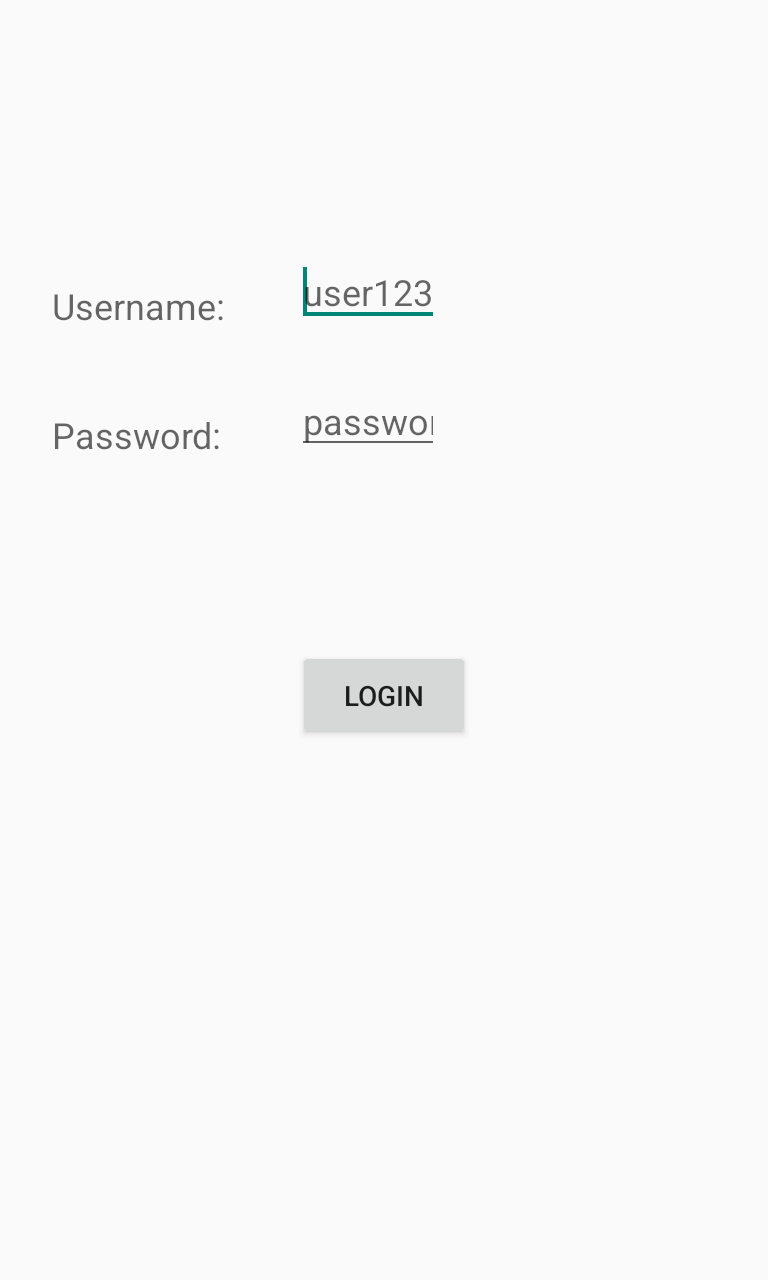
Repository: BurtWurst/MyFields_Mobile
Layout: Android/Login/res/layout/activity_main.xml
An editor plug-in stored every save of this project. The layout is shown before and after the next save, followed by the edit.
It is drawn on a 768 x 1280 px phone screen (xhdpi) without system bars, with theme AppTheme; the app's code is not run.

Above is the layout before, as saved 2014-12-06 04:29:16.

### Android/Login/res/layout/activity_main.xml
<RelativeLayout xmlns:android="http://schemas.android.com/apk/res/android"
    xmlns:tools="http://schemas.android.com/tools"
    android:layout_width="match_parent"
    android:layout_height="match_parent"
    android:paddingBottom="@dimen/activity_vertical_margin"
    android:paddingLeft="@dimen/activity_horizontal_margin"
    android:paddingRight="@dimen/activity_horizontal_margin"
    android:paddingTop="@dimen/activity_vertical_margin"
    tools:context="com.javacodegeeks.android.loginapp.MainActivity" >

     <TextView
	      android:id="@+id/textView1"
	      android:layout_width="wrap_content"
	      android:layout_height="wrap_content"
	      android:layout_alignParentTop="true"
	      android:layout_centerHorizontal="true"
	      android:layout_marginTop="20dp"
	      android:text=""
	      android:textAppearance="?android:attr/textAppearanceLarge" />

      <TextView
	      android:id="@+id/textView2"
	      android:layout_width="wrap_content"
	      android:layout_height="wrap_content"
	      android:layout_alignParentLeft="true"
	      android:layout_below="@+id/textView1"
	      android:layout_marginTop="75dp"
	      android:layout_marginLeft="10dp"
	      android:text="Username:"
	      android:textAppearance="?android:attr/textAppearanceMedium" />

      <EditText
	      android:id="@+id/usernameET"
	      android:layout_width="wrap_content"
	      android:layout_height="wrap_content"
	      android:layout_alignBottom="@+id/textView2"
	      android:layout_marginLeft="35dp"
	      android:layout_toRightOf="@+id/textView2"
	      android:hint="user123" >
      	  <requestFocus />
   	  </EditText>

      <TextView
	      android:id="@+id/textView3"
	      android:layout_width="wrap_content"
	      android:layout_height="wrap_content"
	      android:layout_alignLeft="@+id/textView2"
	      android:layout_below="@+id/textView2"
	      android:layout_marginTop="40dp"
	      android:text="Password:"
	      android:textAppearance="?android:attr/textAppearanceMedium" />

      <EditText
          android:id="@+id/passwordET"
          android:layout_width="wrap_content"
          android:layout_height="wrap_content"
          android:layout_alignBottom="@+id/textView3"
          android:layout_alignLeft="@+id/usernameET"
          android:layout_alignRight="@+id/usernameET"
          android:hint="password123"
          android:inputType="textPassword" />

       <TextView
	      android:id="@+id/attemptsLeftTV"
	      android:layout_width="wrap_content"
	      android:layout_height="wrap_content"
	      android:layout_alignLeft="@+id/textView3"
	      android:layout_below="@+id/textView3"
	      android:layout_marginLeft="30dp"
	      android:layout_marginTop="48dp"
	      android:text="Attempts Left:"
	      android:visibility="invisible"
	      android:textAppearance="?android:attr/textAppearanceMedium" />

       <Button
	      android:id="@+id/loginBtn"
	      android:layout_width="wrap_content"
	      android:layout_height="wrap_content"
	      android:layout_below="@+id/passwordET"
	      android:layout_centerHorizontal="true"
	      android:layout_marginTop="94dp"
	      android:onClick="authenticateLogin"
	      android:text="Login" />

       <TextView
	      android:id="@+id/numberOfRemainingLoginAttemptsTV"
	      android:layout_width="wrap_content"
	      android:layout_height="wrap_content"
	      android:layout_alignRight="@+id/textView1"
	      android:layout_alignTop="@+id/attemptsLeftTV"
	      android:visibility="invisible" />

       <TextView
	      android:id="@+id/loginLockedTV"
	      android:layout_width="wrap_content"
	      android:layout_height="wrap_content"
	      android:layout_below="@+id/loginBtn"
	      android:layout_marginTop="35dp"
	      android:layout_centerHorizontal="true"
	      android:textAppearance="?android:attr/textAppearanceMedium"
	      android:visibility="invisible" />

</RelativeLayout>

Loaded but not shown: Android/Login/res/values/styles.xml (common file); Android/Login/res/values-v11/styles.xml (common file); Android/Login/res/values-v14/styles.xml (common file); Android/Login/res/values/dimens.xml (common file); Android/Login/res/values-w820dp/dimens.xml (common file)

After the next save:
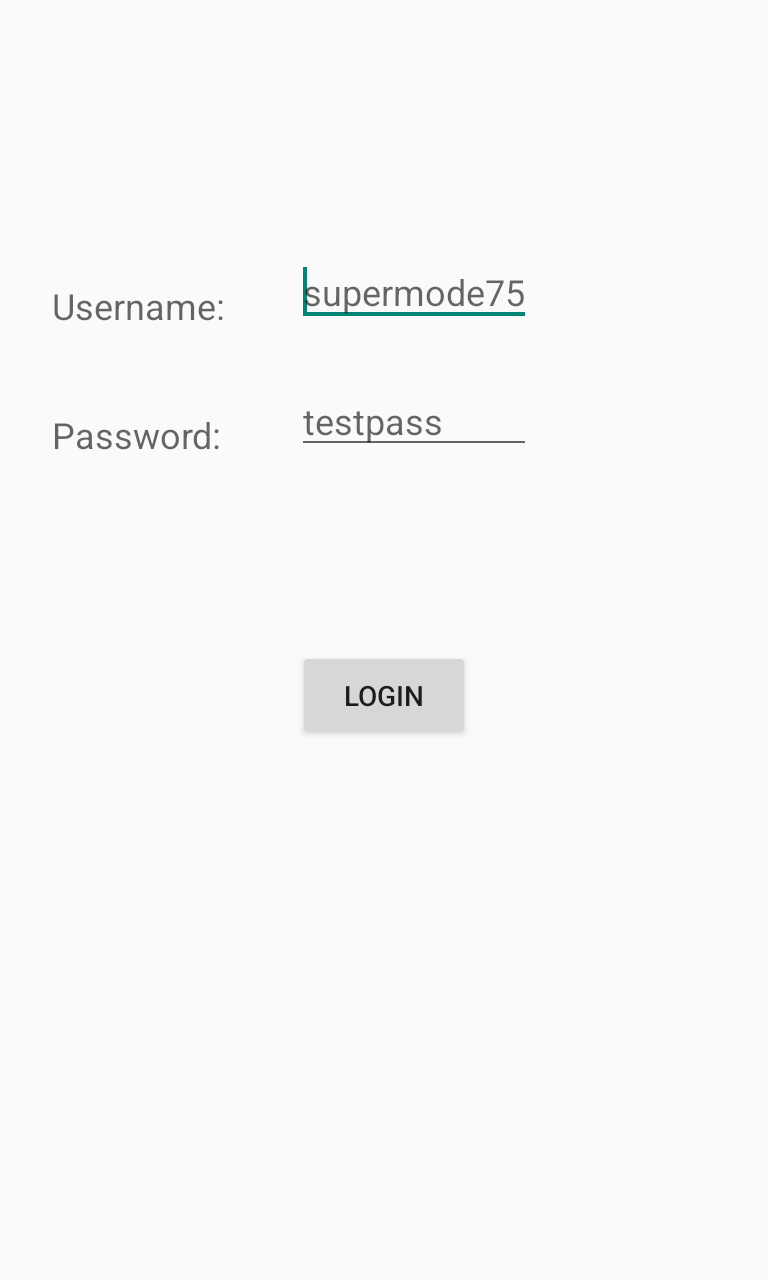
Saved 41 s later.
--- a/Android/Login/res/layout/activity_main.xml
+++ b/Android/Login/res/layout/activity_main.xml
@@ -36,7 +36,7 @@
 	      android:layout_alignBottom="@+id/textView2"
 	      android:layout_marginLeft="35dp"
 	      android:layout_toRightOf="@+id/textView2"
-	      android:hint="user123" >
+	      android:hint="supermode75" >
       	  <requestFocus />
    	  </EditText>
 
@@ -57,7 +57,7 @@
           android:layout_alignBottom="@+id/textView3"
           android:layout_alignLeft="@+id/usernameET"
           android:layout_alignRight="@+id/usernameET"
-          android:hint="password123"
+          android:hint="testpass"
           android:inputType="textPassword" />
 
        <TextView
